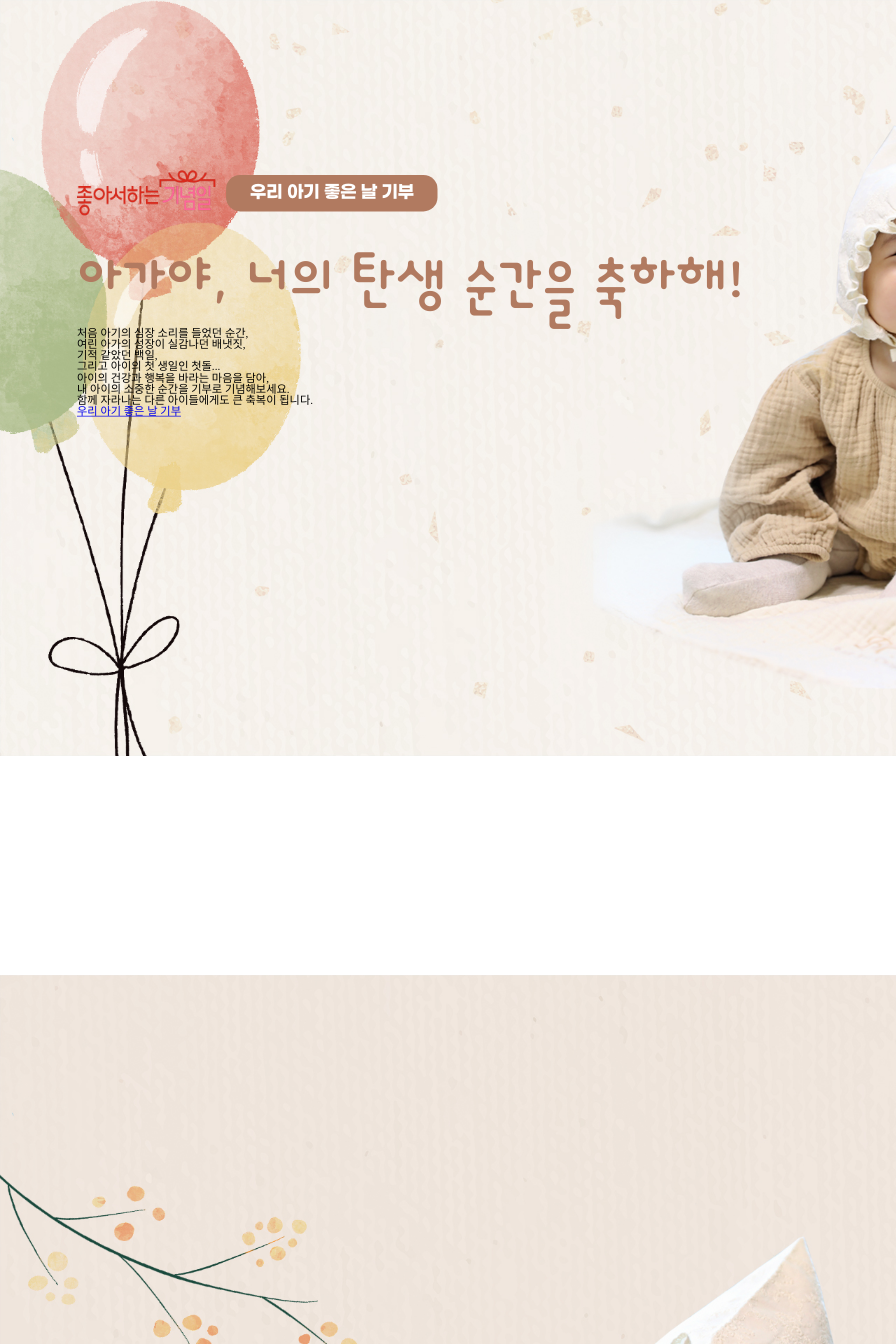
Repository: dlgywls1130/save_the_children
Page: index.html
An editor plug-in stored every save of this project. The page is shown before and after the next save, followed by the edit.
The browser window is 1280 px wide. The pictures show the part of the page from y = 0 to 1920 px (the page is 5153 px tall), at 70% of full size.

Above is the page before, as saved 2023-12-12 20:54:03.

### index.html
<!DOCTYPE html>
<html lang="en">
<head>
    <meta charset="UTF-8">
    <meta name="viewport" content="width=device-width, initial-scale=1.0">
    <title>세이브더칠드런</title>

    <link rel="stylesheet" href="./css/reset.css">
    <link rel="stylesheet" href="./css/style.css">
</head>
<body>
    <div class="content_body">
        <section class="section_wrapper section01">
            <div class="se01 se_wrapper">
                <div class="se01_sub">
                    <div class="sub_logo">
                        <img src="./img/logo01.png" alt="logo">
                    </div>
                    <p>우리 아기 좋은 날 기부</p>
                </div>
                <div class="seo01_title">
                    아가야,
                    너의 <span>탄생</span> 순간을 축하해!
                </div>
                <p class="section_descript">
                    처음 아기의 심장 소리를 들었던 순간,
                    <br>여린 아가의 성장이 실감나던 배냇짓,
                    <br>기적 같았던 백일,
                    <br>그리고 아이의 첫 생일인 첫돌...
                </p>
                <p class="section_descript">
                    아이의 건강과 행복을 바라는 마음을 담아,
                    <br>내 아이의 소중한 순간을 기부로 기념해보세요.
                    <br>함께 자라나는 다른 아이들에게도 큰 축복이 됩니다.
                </p>

                <a href="javascript:void(0)">우리 아기 좋은 날 기부</a>
            </div>
        </section>
        <section class="section_wrapper section02">
            <div class="se02 se_wrapper">

            </div>
        </section>
        <section class="section_wrapper section03">

        </section>
        <section class="section_wrapper section04">

        </section>
        <section class="section_wrapper section05">

        </section>
        <section class="section_wrapper section06">

        </section>
        <section class="section_wrapper section07">

        </section>
        <section class="section_wrapper section08">

        </section>
    </div>
</body>
</html>

### css/reset.css


html, body, div, span, applet, object, iframe,
h1, h2, h3, h4, h5, h6, p, blockquote, pre,
a, abbr, acronym, address, big, cite, code,
del, dfn, em, img, ins, kbd, q, s, samp,
small, strike, strong, sub, sup, tt, var,
b, u, i, center,
dl, dt, dd, ol, ul, li,
fieldset, form, label, legend,
table, caption, tbody, tfoot, thead, tr, th, td,
article, aside, canvas, details, embed,
figure, figcaption, footer, header, hgroup,
menu, nav, output, ruby, section, summary,
time, mark, audio, video {
	margin: 0;
	padding: 0;
	border: 0;
	font-size: 100%;
	font: inherit;
	vertical-align: baseline;
}

article, aside, details, figcaption, figure,
footer, header, hgroup, menu, nav, section {
	display: block;
}
body {
	line-height: 1;
}
ol, ul {
	list-style: none;
}
blockquote, q {
	quotes: none;
}
blockquote:before, blockquote:after,
q:before, q:after {
	content: '';
	content: none;
}
table {
	border-collapse: collapse;
	border-spacing: 0;
}

### css/style.css

/* root */
:root{
    --main-color:#B17A60;
}


/* font */

/* dongle */
@font-face {
    font-family: 'Dongle';
    font-weight: 300;
    src: url('../font/Dongle-Light.ttf') format('ttf'),
    url('../font/Dongle-Light.woff') format('woff');
}

@font-face {
    font-family: 'Dongle';
    font-weight: 500;
    src: url('../font/Dongle-Regular.ttf') format('ttf'),
    url('../font/Dongle-Regular.woff') format('woff');
}

@font-face {
    font-family: 'Dongle';
    font-weight: 700;
    src: url('../font/Dongle-Bold.ttf') format('ttf'),
    url('../font/Dongle-Bold.woff') format('woff');
}


/* Gmarket */
@font-face {
    font-family: 'GmarketSans';
    font-weight: 300;
    src: url('../font/GmarketSansLight.ttf') format('ttf'),
    url('../font/GmarketSansLight.woff') format('woff');
}

@font-face {
    font-family: 'GmarketSans';
    font-weight: 500;
    src: url('../font/GmarketSansMedium.ttf') format('ttf'),
    url('../font/GmarketSansMedium.woff') format('woff');
}

@font-face {
    font-family: 'GmarketSans';
    font-weight: 700;
    src: url('../font/GmarketSansBold.ttf') format('ttf'),
    url('../font/GmarketSansBold.woff') format('woff');
}


/* nanumsqure */

@font-face {
    font-family: 'NanumSquare';
    font-weight: 400;
    src: url('../font/NanumSquareL.ttf') format('ttf'),
    url('../font/NanumSquareL.woff') format('woff');
}

@font-face {
    font-family: 'NanumSquare';
    font-weight: 500;
    src: url('../font/NanumSquareR.ttf') format('ttf'),
    url('../font/NanumSquareR.woff') format('woff');
}

@font-face {
    font-family: 'NanumSquare';
    font-weight: 600;
    src: url('../font/NanumSquareB.ttf') format('ttf'),
    url('../font/NanumSquareB.woff') format('woff');
}

@font-face {
    font-family: 'NanumSquare';
    font-weight: 700;
    src: url('../font/NanumSquareEB.ttf') format('ttf'),
    url('../font/NanumSquareEB.woff') format('woff');
}



/* scdream5 */
@font-face {
    font-family: 'SCDream5';
    src: url('../font/SCDream5.woff') format('woff'),
    url('../font/SCDream5.ttf') format('ttf'),
    url('../font/SCDream5.otf') format('otf');
}


.section_wrapper{
    max-width:1920px;
    width: 100%;

}

.se_wrapper{
    max-width: 1060px;
    margin: 0 auto;
    width: 100%;
}


/* section01 */


.section01{
    height: 1080px;
    padding: 243px 0 70px;
    background: url('../img/back01.jpg') no-repeat;
}

.se01_sub{
    display: flex;
    align-items: center;
    margin-bottom: 40px;
}

.sub_logo{
    width: 198px;
    height: 65px;
    margin-right: 15px;
}

.sub_logo img{
    width: 100%;
    height: 100%;
}

.se01_sub p{
    width: 302px;
    height: 52px;
    background: #B17A60;
    border-radius: 20px;
    display: flex;
    align-items: center;
    justify-content: center;
    letter-spacing: -0.03em;
    font-size: 25px;
    font-weight: 700;
    font-family: 'GmarketSans',sans-serif;
    color: #fff;
}

.seo01_title{
    font-family: 'Dongle',sans-serif;
    font-weight: 500;
    font-size: 120px;
    color: var(--main-color);
}

/* section02 */

.section02{
    height: 1340px;
    background: url('../img/back03.jpg') no-repeat;
}

/* section03 */

.section03{
    height: 1340px;
    background: url('../img/back04.jpg') no-repeat;
}

/* section04 */

.section04{
    height: 1080px;

}

/* section05 */

/* section06 */

/* section07 */

/* section08 */

After the next save:
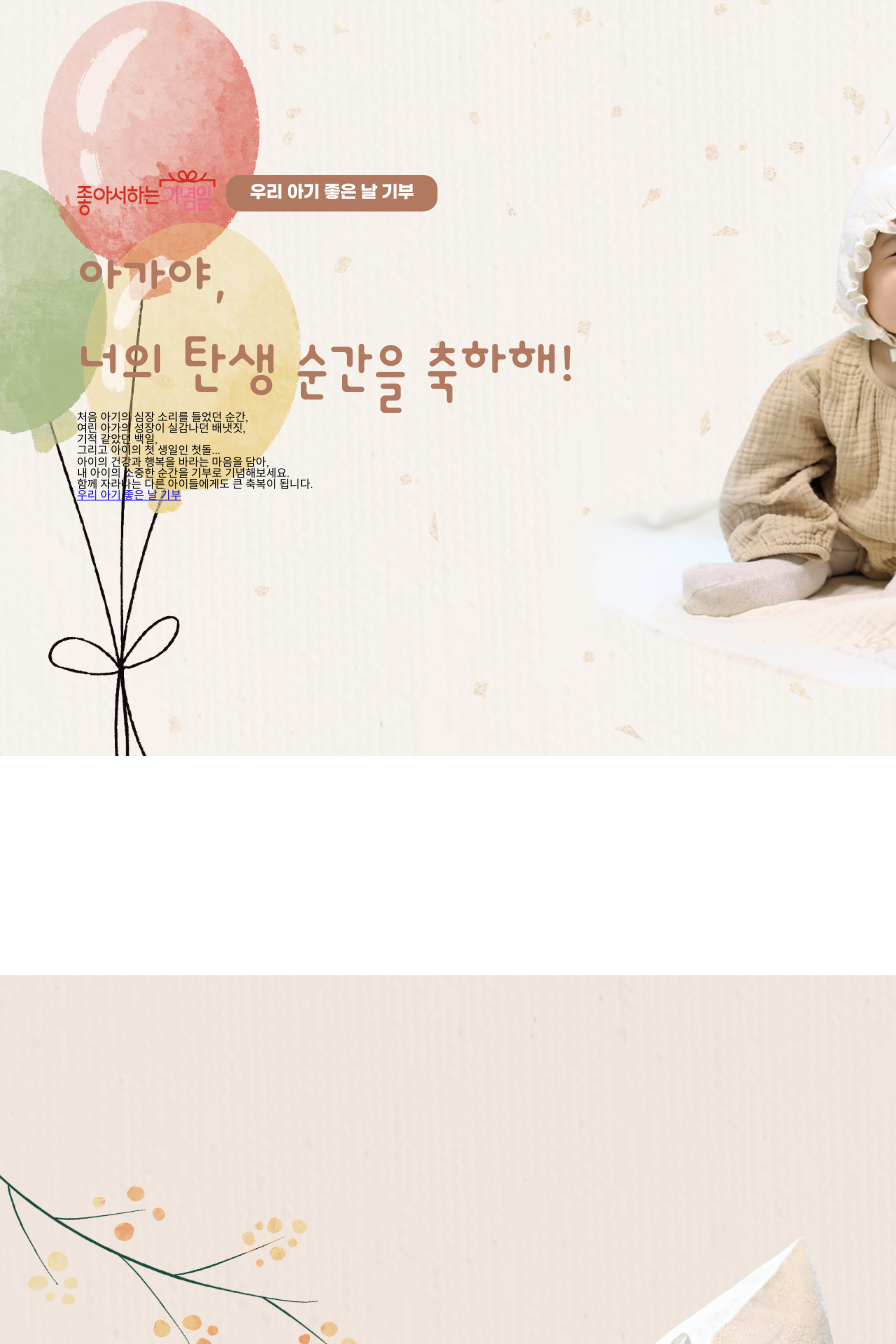
Saved 3 s later.
--- a/index.html
+++ b/index.html
@@ -19,7 +19,7 @@
                     <p>우리 아기 좋은 날 기부</p>
                 </div>
                 <div class="seo01_title">
-                    아가야,
+                    아가야,<br>
                     너의 <span>탄생</span> 순간을 축하해!
                 </div>
                 <p class="section_descript">
